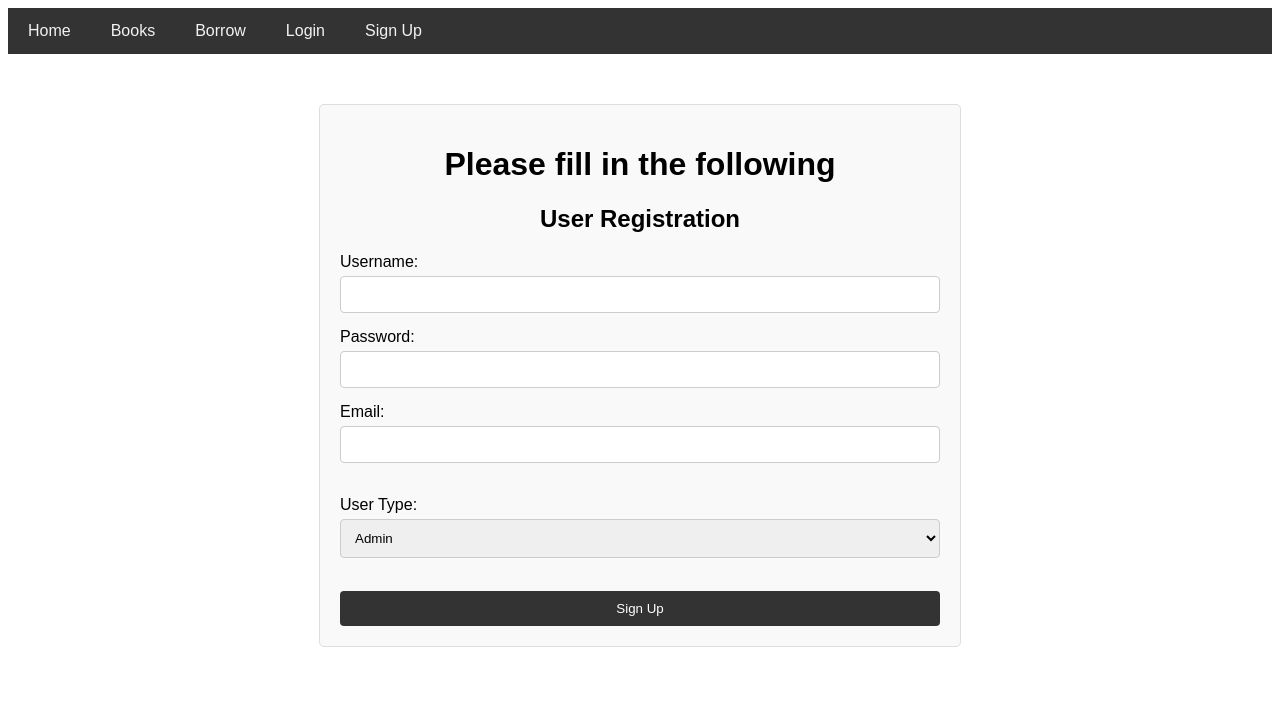
Repository: fadyesk12/Web-Technology-Course-Project
Page: auth/signup.html
The author's editor kept a copy of each file at every save. The page is drawn from the files as they stood at one save, then again after a run of saves.
The browser window is 1280 px wide. The pictures show the whole page.

Above is the page before, as saved 2024-04-19 02:22:18.

After the next 2 saves:
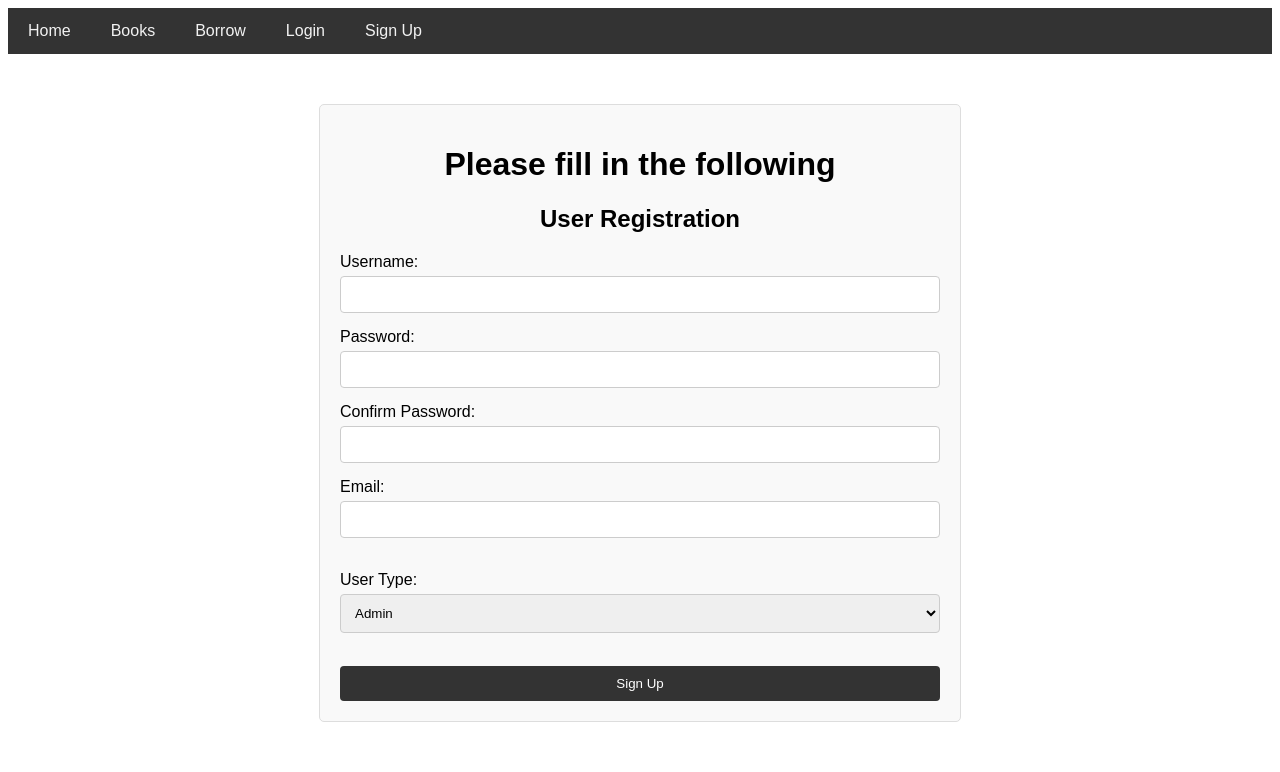
The 2 saves are shown as one change because they came seconds apart.
The last was saved 8 s later.
--- a/auth/signup.html
+++ b/auth/signup.html
@@ -28,7 +28,10 @@
         <label for="password">Password:</label>
         <input type="password" id="password" name="password" required>
       </div>
-
+      <div>
+        <label for="confirmPassword">Confirm Password:</label>
+        <input type="password" id="confirmPassword" name="confirmPassword" required>
+      </div>
 
         <label for="email">Email:</label>
         <input type="email" id="email" name="email" required><br><br>
